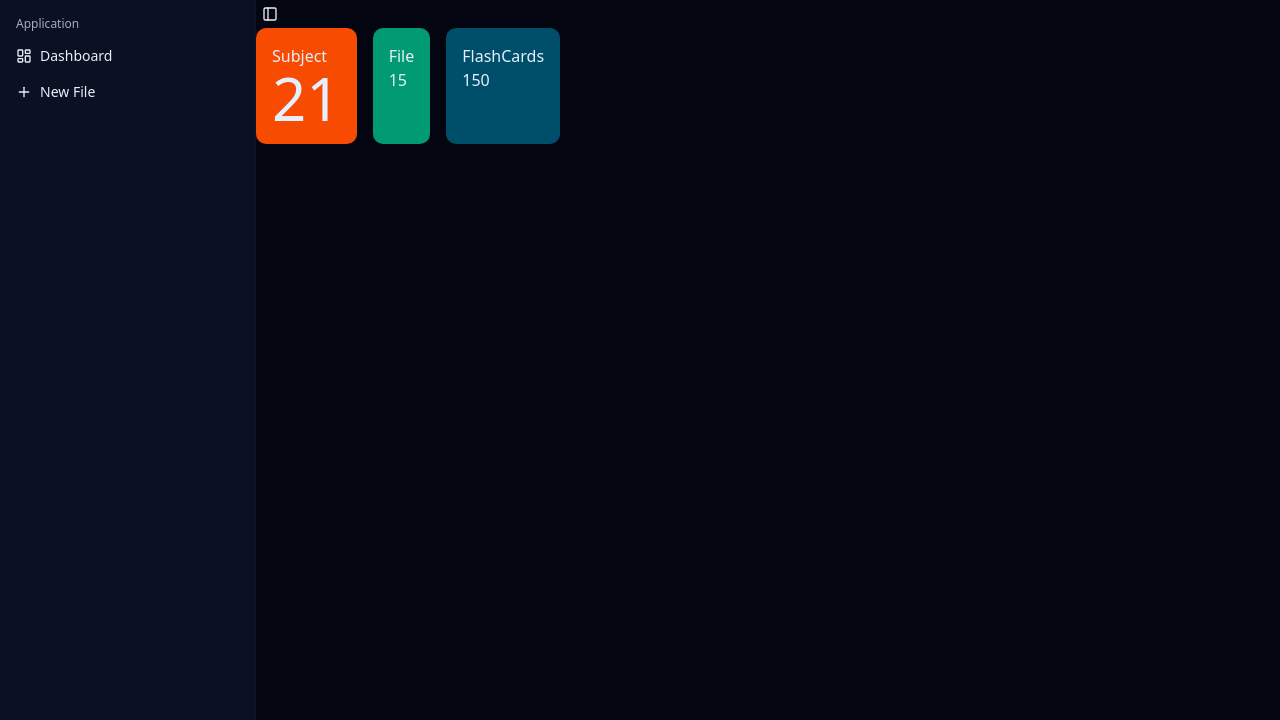
Repository: SywarDer/Student-Assistance
Page: /dashboard (app in student-assistant/)
An editor plug-in stored every save of this project. The page is shown before and after the next save, followed by the edit.
The browser window is 1280 px wide. The pictures show the whole page.
The project was rebuilt for these pictures with package versions that can differ from the ones it lists, and the page was loaded fresh each time. The framework's server and built-in components were replaced by stand-ins that run in the browser. Also part of the build but not shown: student-assistant/next.config.ts, student-assistant/components/ui/input.tsx, student-assistant/components/ui/separator.tsx, student-assistant/components/ui/skeleton.tsx. Imported but missing from the stored project, and not drawn on this page: student-assistant/components/ui/sheet.

Above is the page before, as saved 2025-10-30 19:54:10.

### student-assistant/app/layout.tsx
import type { Metadata } from "next";
import { Geist, Geist_Mono } from "next/font/google";
import "./globals.css";
import { SidebarProvider, SidebarTrigger } from "@/components/ui/sidebar";
import { AppSidebar } from "./home/components/navBar";

const geistSans = Geist({
  variable: "--font-geist-sans",
  subsets: ["latin"],
});

const geistMono = Geist_Mono({
  variable: "--font-geist-mono",
  subsets: ["latin"],
});

export const metadata: Metadata = {
  title: "Create Next App",
  description: "Generated by create next app",
};

export default function RootLayout({
children,
}: Readonly<{
  children: React.ReactNode;
}>) {
  return (
    <html lang="en">
      <body
        className={`${geistSans.variable} ${geistMono.variable} antialiased`}
      >
        <SidebarProvider>
      <AppSidebar />
      <main>
        <SidebarTrigger />
        {children}
         </main>
    </SidebarProvider>
      </body>
    </html>
  );
}

### student-assistant/app/dashboard/page.tsx
export default function Dashboard() {
    return (

        <div className="flex space-x-4">
            <div className="rounded-lg p-4" style={{
                backgroundColor: "var(--chart-1)",
                color: "var(--card-foreground)",
            }}>
                <h1 className="">Subject</h1>
                <h1 className="text-6xl">21</h1>
            </div>
            <div className="rounded-lg p-4" style={{
                backgroundColor: "var(--chart-2)",
                color: "var(--card-foreground)",
            }}>
                <h1>File</h1>
                <h1>15</h1>
            </div>
            <div className="rounded-lg p-4" style={{
                backgroundColor: "var(--chart-3)",
                color: "var(--card-foreground)",
            }}>
                <h1>FlashCards</h1>
                <h1>150</h1>
            </div>
        </div>

    )
}

### student-assistant/app/globals.css
@import "tailwindcss";
@import "tw-animate-css";

@custom-variant dark (&:is(.dark *));

@theme inline {
  --color-background: var(--background);
  --color-foreground: var(--foreground);
  --font-sans: var(--font-geist-sans);
  --font-mono: var(--font-geist-mono);
  --color-sidebar-ring: var(--sidebar-ring);
  --color-sidebar-border: var(--sidebar-border);
  --color-sidebar-accent-foreground: var(--sidebar-accent-foreground);
  --color-sidebar-accent: var(--sidebar-accent);
  --color-sidebar-primary-foreground: var(--sidebar-primary-foreground);
  --color-sidebar-primary: var(--sidebar-primary);
  --color-sidebar-foreground: var(--sidebar-foreground);
  --color-sidebar: var(--sidebar);
  --color-chart-5: var(--chart-5);
  --color-chart-4: var(--chart-4);
  --color-chart-3: var(--chart-3);
  --color-chart-2: var(--chart-2);
  --color-chart-1: var(--chart-1);
  --color-ring: var(--ring);
  --color-input: var(--input);
  --color-border: var(--border);
  --color-destructive: var(--destructive);
  --color-accent-foreground: var(--accent-foreground);
  --color-accent: var(--accent);
  --color-muted-foreground: var(--muted-foreground);
  --color-muted: var(--muted);
  --color-secondary-foreground: var(--secondary-foreground);
  --color-secondary: var(--secondary);
  --color-primary-foreground: var(--primary-foreground);
  --color-primary: var(--primary);
  --color-popover-foreground: var(--popover-foreground);
  --color-popover: var(--popover);
  --color-card-foreground: var(--card-foreground);
  --color-card: var(--card);
  --radius-sm: calc(var(--radius) - 4px);
  --radius-md: calc(var(--radius) - 2px);
  --radius-lg: var(--radius);
  --radius-xl: calc(var(--radius) + 4px);
}

:root {
  --radius: 0.625rem;

  /* Base dark background & text */
  --background: oklch(0.12 0.03 270);        /* Dark gray-blue */
  --foreground: oklch(0.95 0.02 260);        /* Soft white */

  /* Cards & popovers */
  --card: oklch(0.18 0.04 270);              /* Slightly lighter than background */
  --card-foreground: var(--foreground);
  --popover: oklch(0.18 0.04 270);
  --popover-foreground: var(--foreground);

  /* Primary & secondary */
  --primary: oklch(0.6 0.12 260);            /* Deep blue */
  --primary-foreground: var(--foreground);
  --secondary: oklch(0.45 0.08 280);         /* Soft purple */
  --secondary-foreground: var(--foreground);

  /* Muted & accents */
  --muted: oklch(0.2 0.03 270);
  --muted-foreground: oklch(0.7 0.02 260);
  --accent: oklch(0.65 0.15 350);            /* Magenta/pinkish accent */
  --accent-foreground: var(--foreground);

  /* Destructive actions */
  --destructive: oklch(0.6 0.25 30);         /* Dark red */
  --border: oklch(0.3 0.02 270 / 40%);
  --input: oklch(0.15 0.03 270);             /* Slightly darker than card */
  --ring: oklch(0.5 0.03 270);

  /* Charts */
  --chart-1: oklch(0.65 0.22 40);
  --chart-2: oklch(0.6 0.15 170);
  --chart-3: oklch(0.4 0.08 230);
  --chart-4: oklch(0.6 0.18 300);
  --chart-5: oklch(0.55 0.2 50);

  /* Sidebar */
  --sidebar: oklch(0.18 0.04 270);
  --sidebar-foreground: var(--foreground);
  --sidebar-primary: var(--primary);
  --sidebar-primary-foreground: var(--foreground);
  --sidebar-accent: var(--accent);
  --sidebar-accent-foreground: var(--foreground);
  --sidebar-border: oklch(0.3 0.02 270 / 40%);
  --sidebar-ring: oklch(0.5 0.03 270);
}

/* Optional light mode toggle */
.light {
  --background: oklch(0.98 0.02 260);       /* Light gray */
  --foreground: oklch(0.12 0.03 270);       /* Dark text */

  --card: oklch(0.99 0.03 260);
  --card-foreground: var(--foreground);
  --popover: oklch(0.99 0.03 260);
  --popover-foreground: var(--foreground);

  --primary: oklch(0.2 0.05 260);
  --primary-foreground: var(--foreground);
  --secondary: oklch(0.5 0.1 280);
  --secondary-foreground: var(--foreground);

  --muted: oklch(0.85 0.03 270);
  --muted-foreground: oklch(0.35 0.02 260);
  --accent: oklch(0.8 0.2 350);
  --accent-foreground: var(--foreground);

  --destructive: oklch(0.9 0.25 30);
  --border: oklch(0.8 0.02 270 / 30%);
  --input: oklch(0.95 0.03 260);
  --ring: oklch(0.7 0.03 270);

  --chart-1: oklch(0.65 0.22 40);
  --chart-2: oklch(0.6 0.15 170);
  --chart-3: oklch(0.4 0.08 230);
  --chart-4: oklch(0.6 0.18 300);
  --chart-5: oklch(0.55 0.2 50);

  --sidebar: oklch(0.95 0.03 260);
  --sidebar-foreground: var(--foreground);
  --sidebar-primary: var(--primary);
  --sidebar-primary-foreground: var(--foreground);
  --sidebar-accent: var(--accent);
  --sidebar-accent-foreground: var(--foreground);
  --sidebar-border: oklch(0.8 0.02 270 / 30%);
  --sidebar-ring: oklch(0.7 0.03 270);
}



@layer base {
  * {
    @apply border-border outline-ring/50;
  }
  body {
    @apply bg-background text-foreground;
  }
}

### student-assistant/app/home/components/navBar.tsx
import { Calendar, Home, Inbox, LayoutDashboardIcon, PlusIcon, Search, Settings } from "lucide-react"

import {
  Sidebar,
  SidebarContent,
  SidebarGroup,
  SidebarGroupContent,
  SidebarGroupLabel,
  SidebarMenu,
  SidebarMenuButton,
  SidebarMenuItem,
} from "@/components/ui/sidebar"


const items = [
  {
    title: "Dashboard",
    url: "/dashboard",
    icon: LayoutDashboardIcon,
  },
  {
    title: "New File",
    url: "/new-file",
    icon: PlusIcon,
  },

]

export function AppSidebar() {
  return (
    <Sidebar>
      <SidebarContent>
        <SidebarGroup>
          <SidebarGroupLabel>Application</SidebarGroupLabel>
          <SidebarGroupContent>
            <SidebarMenu>
              {items.map((item) => (
                <SidebarMenuItem key={item.title}>
                  <SidebarMenuButton asChild>
                    <a href={item.url}>
                      <item.icon />
                      <span>{item.title}</span>
                    </a>
                  </SidebarMenuButton>
                </SidebarMenuItem>
              ))}
            </SidebarMenu>
          </SidebarGroupContent>
        </SidebarGroup>
      </SidebarContent>
    </Sidebar>
  )
}

### student-assistant/components/ui/button.tsx
import * as React from "react"
import { Slot } from "@radix-ui/react-slot"
import { cva, type VariantProps } from "class-variance-authority"

import { cn } from "@/lib/utils"

const buttonVariants = cva(
  "inline-flex items-center justify-center gap-2 whitespace-nowrap rounded-md text-sm font-medium transition-all disabled:pointer-events-none disabled:opacity-50 [&_svg]:pointer-events-none [&_svg:not([class*='size-'])]:size-4 shrink-0 [&_svg]:shrink-0 outline-none focus-visible:border-ring focus-visible:ring-ring/50 focus-visible:ring-[3px] aria-invalid:ring-destructive/20 dark:aria-invalid:ring-destructive/40 aria-invalid:border-destructive",
  {
    variants: {
      variant: {
        default: "bg-primary text-primary-foreground hover:bg-primary/90",
        destructive:
          "bg-destructive text-white hover:bg-destructive/90 focus-visible:ring-destructive/20 dark:focus-visible:ring-destructive/40 dark:bg-destructive/60",
        outline:
          "border bg-background shadow-xs hover:bg-accent hover:text-accent-foreground dark:bg-input/30 dark:border-input dark:hover:bg-input/50",
        secondary:
          "bg-secondary text-secondary-foreground hover:bg-secondary/80",
        ghost:
          "hover:bg-accent hover:text-accent-foreground dark:hover:bg-accent/50",
        link: "text-primary underline-offset-4 hover:underline",
      },
      size: {
        default: "h-9 px-4 py-2 has-[>svg]:px-3",
        sm: "h-8 rounded-md gap-1.5 px-3 has-[>svg]:px-2.5",
        lg: "h-10 rounded-md px-6 has-[>svg]:px-4",
        icon: "size-9",
        "icon-sm": "size-8",
        "icon-lg": "size-10",
      },
    },
    defaultVariants: {
      variant: "default",
      size: "default",
    },
  }
)

function Button({
  className,
  variant,
  size,
  asChild = false,
  ...props
}: React.ComponentProps<"button"> &
  VariantProps<typeof buttonVariants> & {
    asChild?: boolean
  }) {
  const Comp = asChild ? Slot : "button"

  return (
    <Comp
      data-slot="button"
      className={cn(buttonVariants({ variant, size, className }))}
      {...props}
    />
  )
}

export { Button, buttonVariants }

### student-assistant/components/ui/tooltip.tsx
"use client"

import * as React from "react"
import * as TooltipPrimitive from "@radix-ui/react-tooltip"

import { cn } from "@/lib/utils"

function TooltipProvider({
  delayDuration = 0,
  ...props
}: React.ComponentProps<typeof TooltipPrimitive.Provider>) {
  return (
    <TooltipPrimitive.Provider
      data-slot="tooltip-provider"
      delayDuration={delayDuration}
      {...props}
    />
  )
}

function Tooltip({
  ...props
}: React.ComponentProps<typeof TooltipPrimitive.Root>) {
  return (
    <TooltipProvider>
      <TooltipPrimitive.Root data-slot="tooltip" {...props} />
    </TooltipProvider>
  )
}

function TooltipTrigger({
  ...props
}: React.ComponentProps<typeof TooltipPrimitive.Trigger>) {
  return <TooltipPrimitive.Trigger data-slot="tooltip-trigger" {...props} />
}

function TooltipContent({
  className,
  sideOffset = 0,
  children,
  ...props
}: React.ComponentProps<typeof TooltipPrimitive.Content>) {
  return (
    <TooltipPrimitive.Portal>
      <TooltipPrimitive.Content
        data-slot="tooltip-content"
        sideOffset={sideOffset}
        className={cn(
          "bg-foreground text-background animate-in fade-in-0 zoom-in-95 data-[state=closed]:animate-out data-[state=closed]:fade-out-0 data-[state=closed]:zoom-out-95 data-[side=bottom]:slide-in-from-top-2 data-[side=left]:slide-in-from-right-2 data-[side=right]:slide-in-from-left-2 data-[side=top]:slide-in-from-bottom-2 z-50 w-fit origin-(--radix-tooltip-content-transform-origin) rounded-md px-3 py-1.5 text-xs text-balance",
          className
        )}
        {...props}
      >
        {children}
        <TooltipPrimitive.Arrow className="bg-foreground fill-foreground z-50 size-2.5 translate-y-[calc(-50%_-_2px)] rotate-45 rounded-[2px]" />
      </TooltipPrimitive.Content>
    </TooltipPrimitive.Portal>
  )
}

export { Tooltip, TooltipTrigger, TooltipContent, TooltipProvider }

Loaded but not shown: student-assistant/hooks/use-mobile.ts (common file); student-assistant/lib/utils.ts (common file); student-assistant/components/ui/sidebar.tsx (726 lines, source omitted)

After the next save:
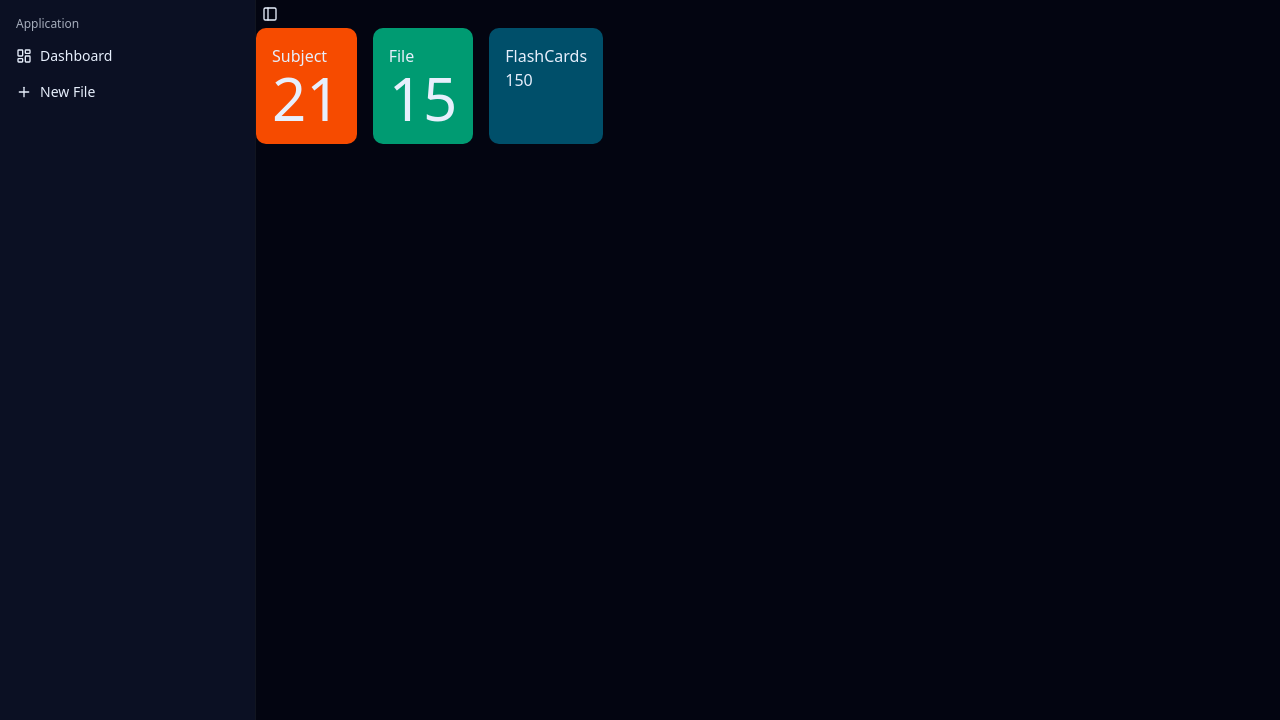
Saved 14 s later.
--- a/student-assistant/app/dashboard/page.tsx
+++ b/student-assistant/app/dashboard/page.tsx
@@ -14,7 +14,7 @@ export default function Dashboard() {
                 color: "var(--card-foreground)",
             }}>
                 <h1>File</h1>
-                <h1>15</h1>
+                <h1 className="text-6xl">15</h1>
             </div>
             <div className="rounded-lg p-4" style={{
                 backgroundColor: "var(--chart-3)",
